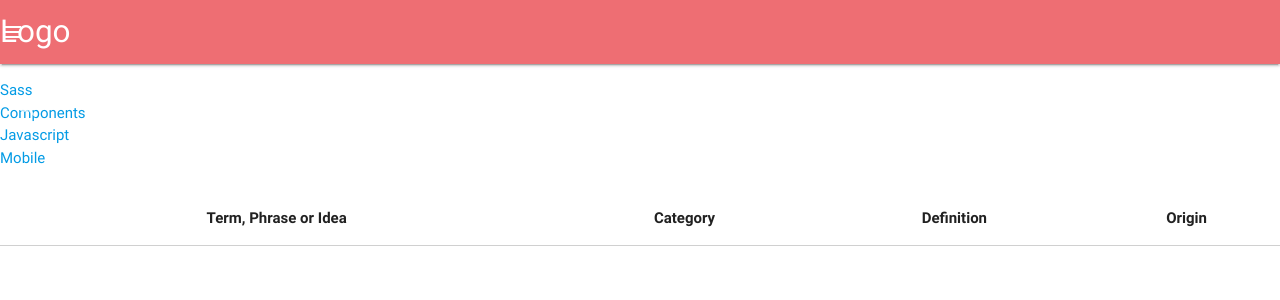
Repository: kalkiboru111/irish-dictionary-of-received-ideas
Page: http://localhost/
The author's editor kept a record of every edit. The page is drawn from the files as they stood at one moment, then again after the next edit.
The browser window is 1280 px wide. The pictures show the whole page.
Some web libraries are served in a nearby version. The page is served by the project's application, run on Flask 3 (app.py). Queries for data that is not in the repository find no rows.

Above is the page before.
Console error: TypeError: $(...).sidenav is not a function

After the next edit:
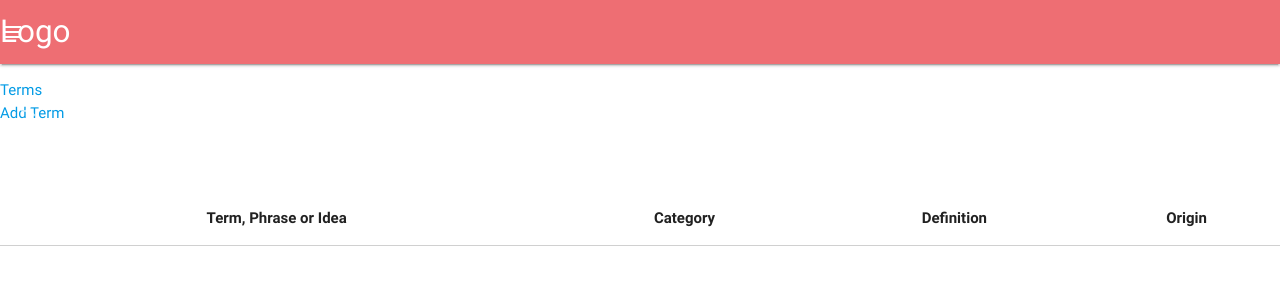
The edit:
--- a/templates/base.html
+++ b/templates/base.html
@@ -27,10 +27,8 @@
     </nav>
 
     <ul class="sidenav" id="mobile-demo">
-        <li><a href="sass.html">Sass</a></li>
-        <li><a href="badges.html">Components</a></li>
-        <li><a href="collapsible.html">Javascript</a></li>
-        <li><a href="mobile.html">Mobile</a></li>
+        <li><a href="terms.html">Terms</a></li>
+        <li><a href="add_term.html">Add Term</a></li>
     </ul>
 
     {% block content %} {% endblock %}
